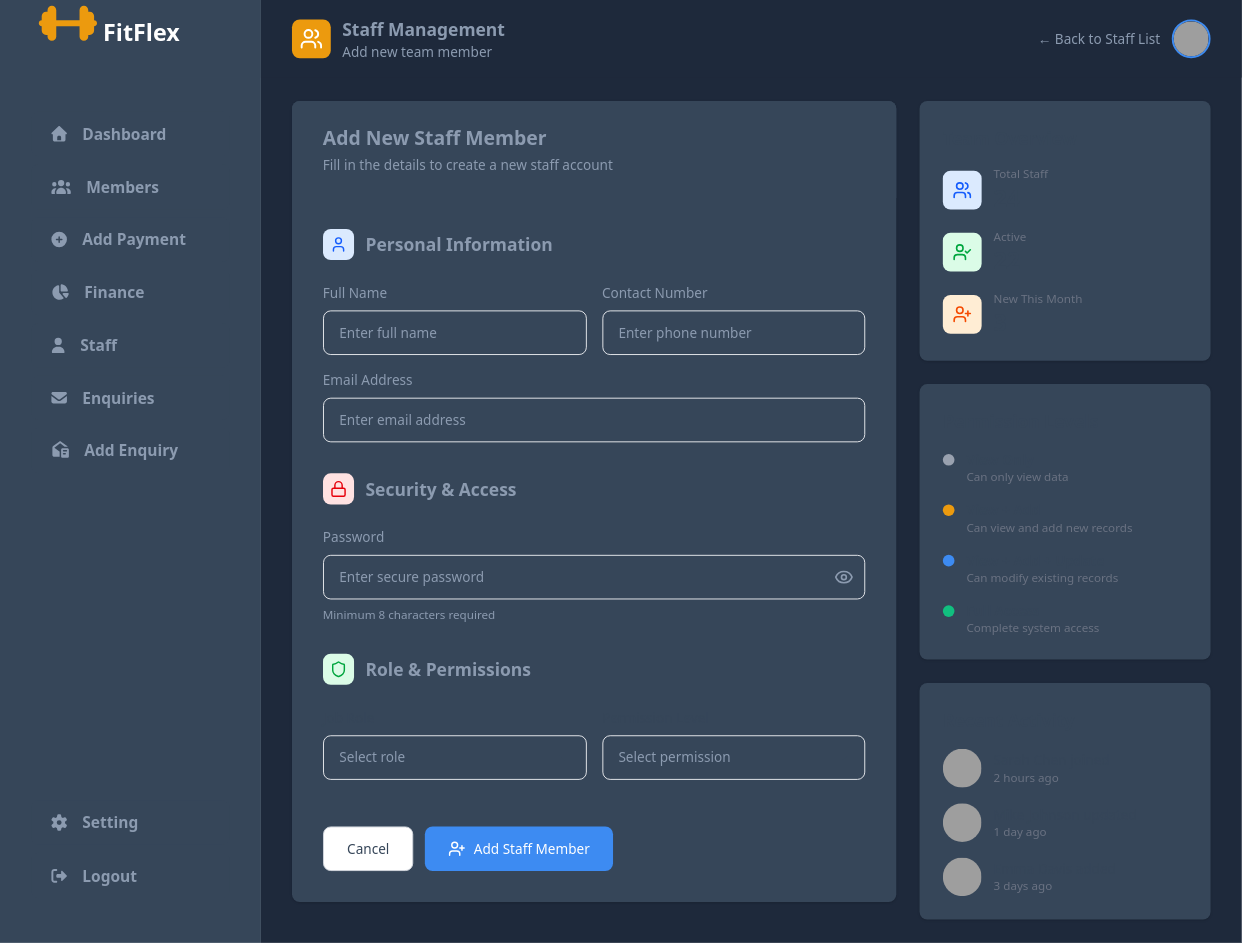
Repository: MuhammadTalhaTaj/gym_management_app_backend
Page: /addstaff (app in frontend/)
The author's editor kept a copy of each file at every save. The page is drawn from the files as they stood at one save, then again after the next save.
The browser window is 1280 px wide. The pictures show the whole page, at 97% of full size.
Pictures or frames that could not be fetched are drawn as grey boxes. The project was rebuilt for these pictures with package versions that can differ from the ones it lists, and the page was loaded fresh each time. Also part of the build but not shown: frontend/vite.config.ts, frontend/src/assets/styles/AdminHeader.css, frontend/src/Components/AdminHeader.tsx, frontend/src/assets/styles/AdminDashboard.css, frontend/src/hooks/useDashboardData.ts, frontend/src/assets/styles/AdminDashboardStats.css, frontend/src/Components/AdminDashboardStats.tsx, frontend/src/Components/IncomeExpenseChart.tsx and 31 more.

Above is the page before, as saved 2025-11-21 10:46:00.

### frontend/index.html
<!doctype html>
<html lang="en">

<head>
  <meta charset="UTF-8" />
  <link rel="icon" type="image/svg+xml" href="/vite.svg" />
  <meta name="viewport" content="width=device-width, initial-scale=1.0" />
  <title>GymManagement</title>
  <link rel="preconnect" href="https://fonts.googleapis.com" />
  <link rel="preconnect" href="https://fonts.gstatic.com" crossorigin />
  <link rel="stylesheet" href="https://fonts.googleapis.com/css2?family=Roboto:wght@300;400;500;700&display=swap" />

</head>

<body>
  <div id="root"></div>
  <script type="module" src="/src/main.tsx"></script>
</body>

</html>

### frontend/src/index.css
@import "tailwindcss";
:root{
  padding: 0;
  margin: 0;
  box-sizing: border-box;
  --primary-100:#364659;
  --primary-200:#1E293B;
  --primary-300:#8C9BB0;
  --secondary-100: #EC9A0E;
  --secondary-200:#595446;
  --tertiary-100: #F24949;
  --tertiary-100-30: #584252;
  --tertiary-200: #F47117;
  --tertiary-200-30: #5A4B48;
  --tertiary-300: #11BF7F;
  --tertiary-300-30: #2B595E;
  --tertiary-400: #3D8BF2;
  --tertiary-400-30: #344E75;
  --tertiary-500: #94A3B8;
  --tertiary-600: #1E293B;
}
body{
  padding: 0;
  margin: 0;
}
.adminMain{
  display: flex;
  margin: 0;
  justify-content: space-between;
  padding: 0;
  /* border: 2px solid blue; */
}
@media all and (max-width:700px) {
  .adminMain{
    flex-direction: column;
  }
}

### frontend/src/Components/ProtectedRoute.tsx
import React, { useEffect, useState } from "react";
// import { Navigate } from "react-router-dom";
import { apiRequest } from "../config/api";

type Props = {
  children: React.ReactNode;
};

const getStoredToken = (): string | null => {
  return localStorage.getItem("accessToken") || sessionStorage.getItem("accessToken");
};

export default function ProtectedRoute({ children }: Props) {
  const [status, setStatus] = useState<"pending" | "ok" | "unauth">("pending");

  useEffect(() => {
    let mounted = true;

    const token = getStoredToken();
    if (!token) {
      // no token -> immediately unauth
      if (mounted) setStatus("unauth");
      return;
    }

    const validate = async () => {
      try {
        // call backend authenticate endpoint
        const res = await apiRequest<{ success?: boolean; message?: string; userId?: string }>({
          method: "GET",
          endpoint: "/auth/authenticate"
        });

        // backend returns success:true on valid token
        if (mounted && res && (res as any).success === true) {
          setStatus("ok");
        } else {
          // treat missing success flag as unauth
          if (mounted) setStatus("unauth");
        }
      } catch (err) {
        // any error -> unauth
        if (mounted) setStatus("unauth");
      }
    };

    validate();

    return () => { mounted = false; };
  }, []);

  if (status === "pending") {
    // while checking, render nothing (keep UI/layout unchanged)
    return null;
  }

  if (status === "unauth") {
    // clear tokens to ensure clean state, then redirect
    try {
      localStorage.removeItem("accessToken");
      sessionStorage.removeItem("accessToken");
    } catch (e) {
      // ignore
    }
    // return <Navigate to="/login" replace />;
  }

  // auth ok
  return <>{children}</>;
}

### frontend/src/context/AuthContext.tsx
// src/context/AuthContext.tsx (example)
import React, { createContext, useEffect } from "react";
import { onAuthFailure,
  // setAccessToken as storeAccessToken,
   clearTokens } from "../config/auth";
import { useNavigate } from "react-router-dom";

export const AuthContext = createContext<any>(null);

export const AuthProvider: React.FC<{children:any}> = ({ children }) => {
  const navigate = useNavigate();

  useEffect(() => {
    onAuthFailure(() => {
      // clear local tokens and redirect to login
      clearTokens();
      navigate("/login");
    });
  }, [navigate]);

  return <AuthContext.Provider value={{}}>{children}</AuthContext.Provider>;
};

### frontend/src/pages/Admin/AddStaff.tsx
import React, { useState } from 'react';
import { Eye, EyeOff, Users, UserCheck, UserPlus, Shield, User, Lock } from 'lucide-react';

// Data file - export this to a separate file in your project (e.g., staffData.js)
export const staffData = {
  teamOverview: {
    totalStaff: 24,
    activeStaff: 22,
    newThisMonth: 3
  },
  permissionLevels: [
    {
      id: 'view-only',
      name: 'View Only',
      description: 'Can only view data',
      color: 'bg-gray-400'
    },
    {
      id: 'view-add',
      name: 'View + Add',
      description: 'Can view and add new records',
      color: 'bg-[var(--secondary-100)]'
    },
    {
      id: 'view-add-update',
      name: 'View + Add + Update',
      description: 'Can modify existing records',
      color: 'bg-[var(--tertiary-400)]'
    },
    {
      id: 'full-access',
      name: 'Full Access',
      description: 'Complete system access',
      color: 'bg-[var(--tertiary-300)]'
    }
  ],
  recentActivity: [
    {
      id: 1,
      name: 'Sarah Chen',
      action: 'joined',
      time: '2 hours ago',
      avatar: 'https://i.pravatar.cc/150?img=1'
    },
    {
      id: 2,
      name: 'Mike Johnson',
      action: 'updated',
      time: '1 day ago',
      avatar: 'https://i.pravatar.cc/150?img=2'
    },
    {
      id: 3,
      name: 'Emma Davis',
      action: 'added',
      time: '3 days ago',
      avatar: 'https://i.pravatar.cc/150?img=3'
    }
  ],
  jobRoles: [
    'Select role',
    'Administrator',
    'Manager',
    'Developer',
    'Designer',
    'Analyst',
    'Support Staff'
  ],
  permissions: [
    'Select permission',
    'View Only',
    'View + Add',
    'View + Add + Update',
    'Full Access'
  ]
};

// Reusable Components
const Card = ({ children, className = '' }) => (
  <div className={`bg-[var(--primary-100)] rounded-lg shadow-sm ${className}`}>
    {children}
  </div>
);

const Input = ({ label, placeholder, type = 'text', value, onChange, showPasswordToggle, onTogglePassword, showPassword, helperText }) => (
  <div className="flex flex-col gap-2 ">
    {label && (
      <label className="text-sm font-medium text-[var(--primary-300)]">
        {label}
      </label>
    )}
    <div className="relative">
      <input
        type={type}
        placeholder={placeholder}
        value={value}
        onChange={onChange}
        className="w-full px-4 py-3 bg-[var(--primary-100)] border border-gray-200 rounded-lg text-sm text-[var(--primary-300)] placeholder-[var(--primary-300)] focus:outline-none focus:ring-2 focus:ring-[var(--tertiary-400)] focus:border-transparent transition-all"
      />
      {showPasswordToggle && (
        <button
          type="button"
          onClick={onTogglePassword}
          className="absolute right-3 top-1/2 -translate-y-1/2 text-[var(--primary-300)] hover:text-[var(--primary-100)] transition-colors"
        >
          {showPassword ? <EyeOff size={20} /> : <Eye size={20} />}
        </button>
      )}
    </div>
    {helperText && (
      <span className="text-xs text-[var(--primary-300)]">{helperText}</span>
    )}
  </div>
);

const Select = ({ label, options, value, onChange }) => (
  <div className="flex flex-col gap-2">
    {label && (
      <label className="text-sm font-medium text-[var(--primary-100)]">
        {label}
      </label>
    )}
    <select
      value={value}
      onChange={onChange}
      className="w-full px-4 py-3 bg-[var(--primary-100)] border border-gray-200 rounded-lg text-sm text-[var(--primary-300)] focus:outline-none focus:ring-2 focus:ring-[var(--tertiary-400)] focus:border-transparent transition-all appearance-none cursor-pointer"
      style={{
        backgroundImage: `url("data:[embedded picture, 161 characters]")`,
        backgroundRepeat: 'no-repeat',
        backgroundPosition: 'right 1rem center'
      }}
    >
      {options.map((option, index) => (
        <option key={index} value={option}>
          {option}
        </option>
      ))}
    </select>
  </div>
);

const Button = ({ children, variant = 'primary', onClick, icon: Icon }) => {
  const variants = {
    primary: 'bg-[var(--tertiary-400)] hover:bg-[var(--tertiary-400)]/90 text-white',
    secondary: 'bg-white hover:bg-gray-50 text-[var(--primary-100)] border border-gray-300'
  };

  return (
    <button
      onClick={onClick}
      className={`px-6 py-3 rounded-lg font-medium text-sm transition-all flex items-center justify-center gap-2 ${variants[variant]}`}
    >
      {Icon && <Icon size={18} />}
      {children}
    </button>
  );
};

const StatsCard = ({ icon: Icon, label, value, iconBg, iconColor }) => (
  <div className="flex items-center gap-3">
    <div className={`w-10 h-10 rounded-lg ${iconBg} flex items-center justify-center`}>
      <Icon size={20} className={iconColor} />
    </div>
    <div>
      <p className="text-xs text-gray-500">{label}</p>
      <p className="text-2xl font-bold text-[var(--primary-100)]">{value}</p>
    </div>
  </div>
);

const ActivityItem = ({ activity }) => (
  <div className="flex items-center gap-3">
    <img
      src={activity.avatar}
      alt={activity.name}
      className="w-10 h-10 rounded-full object-cover"
    />
    <div className="flex-1">
      <p className="text-sm font-medium text-[var(--primary-100)]">
        {activity.name} {activity.action}
      </p>
      <p className="text-xs text-gray-500">{activity.time}</p>
    </div>
  </div>
);

const PermissionItem = ({ permission }) => (
  <div className="flex items-start gap-3">
    <div className={`w-3 h-3 rounded-full ${permission.color} mt-1`}></div>
    <div className="flex-1">
      <p className="text-sm font-semibold text-[var(--primary-100)]">{permission.name}</p>
      <p className="text-xs text-gray-500">{permission.description}</p>
    </div>
  </div>
);

const SectionHeader = ({ icon: Icon, title, iconBg, iconColor }) => (
  <div className="flex items-center gap-3 mb-6">
    <div className={`w-8 h-8 rounded-lg ${iconBg} flex items-center justify-center`}>
      <Icon size={18} className={iconColor} />
    </div>
    <h3 className="text-lg font-semibold text-[var(--primary-300)]">{title}</h3>
  </div>
);

// Main Component
const AddStaff = () => {
  const [formData, setFormData] = useState({
    fullName: '',
    contactNumber: '',
    email: '',
    password: '',
    jobRole: staffData.jobRoles[0],
    permission: staffData.permissions[0]
  });

  const [showPassword, setShowPassword] = useState(false);

  const handleInputChange = (field) => (e) => {
    setFormData(prev => ({ ...prev, [field]: e.target.value }));
  };

  const handleSubmit = () => {
    console.log('Form submitted:', formData);
    // Add your form submission logic here
  };

  const handleCancel = () => {
    setFormData({
      fullName: '',
      contactNumber: '',
      email: '',
      password: '',
      jobRole: staffData.jobRoles[0],
      permission: staffData.permissions[0]
    });
  };

  return (
    <div className="min-h-screen w-full bg-[var(--primary-200)]">
      {/* Header */}
      <header className="bg-[var(--primary-200)] text-white px-4 sm:px-6 lg:px-8 py-4">
        <div className="max-w-7xl mx-auto flex items-center justify-between">
          <div className="flex items-center gap-3">
            <div className="w-10 h-10 bg-[var(--secondary-100)] rounded-lg flex items-center justify-center">
              <Users size={24} />
            </div>
            <div>
              <h1 className="text-lg font-semibold text-[var(--primary-300)]">Staff Management</h1>
              <p className="text-sm text-[var(--primary-300)]">Add new team member</p>
            </div>
          </div>
          <div className="flex items-center gap-3">
            <button className="flex items-center text-[var(--primary-300)] gap-2 text-sm hover:text-gray-300 transition-colors">
              <span className="hidden sm:inline">← Back to Staff List</span>
              <span className="sm:hidden">← Back</span>
            </button>
            <img
              src="https://i.pravatar.cc/150?img=5"
              alt="User"
              className="w-10 h-10 rounded-full object-cover border-2 border-[var(--tertiary-400)]"
            />
          </div>
        </div>
      </header>

      {/* Main Content */}
      <main className="max-w-7xl mx-auto px-4 sm:px-6 lg:px-8 py-6">
        <div className="grid grid-cols-1 lg:grid-cols-3 gap-6">
          {/* Left Column - Form */}
          <div className="lg:col-span-2">
            <Card className="p-6 sm:p-8">
              {/* Form Header */}
              <div className="bg-[var(--primary-100)] text-[var(--primary-300)] -mx-6 sm:-mx-8 -mt-6 sm:-mt-8 px-6 sm:px-8 py-6 rounded-t-lg mb-8">
                <h2 className="text-xl font-bold mb-1">Add New Staff Member</h2>
                <p className="text-sm text-[var(--primary-300)]">Fill in the details to create a new staff account</p>
              </div>

              <div className="space-y-8">
                {/* Personal Information */}
                <div>
                  <SectionHeader
                    icon={User}
                    title="Personal Information"
                    iconBg="bg-blue-100"
                    iconColor="text-blue-600"
                  />
                  <div className="grid grid-cols-1 md:grid-cols-2 gap-4">
                    <Input
                      label="Full Name"
                      placeholder="Enter full name"
                      value={formData.fullName}
                      onChange={handleInputChange('fullName')}
                    />
                    <Input
                      label="Contact Number"
                      placeholder="Enter phone number"
                      type="tel"
                      value={formData.contactNumber}
                      onChange={handleInputChange('contactNumber')}
                    />
                  </div>
                  <div className="mt-4">
                    <Input
                      label="Email Address"
                      placeholder="Enter email address"
                      type="email"
                      value={formData.email}
                      onChange={handleInputChange('email')}
                    />
                  </div>
                </div>

                {/* Security & Access */}
                <div>
                  <SectionHeader
                    icon={Lock}
                    title="Security & Access"
                    iconBg="bg-red-100"
                    iconColor="text-red-600"
                  />
                  <Input
                    label="Password"
                    placeholder="Enter secure password"
                    type={showPassword ? 'text' : 'password'}
                    value={formData.password}
                    onChange={handleInputChange('password')}
                    showPasswordToggle
                    onTogglePassword={() => setShowPassword(!showPassword)}
                    showPassword={showPassword}
                    helperText="Minimum 8 characters required"
                  />
                </div>

                {/* Role & Permissions */}
                <div>
                  <SectionHeader
                    icon={Shield}
                    title="Role & Permissions"
                    iconBg="bg-green-100"
                    iconColor="text-green-600"
                  />
                  <div className="grid grid-cols-1 md:grid-cols-2 gap-4">
                    <Select
                      label="Job Role"
                      options={staffData.jobRoles}
                      value={formData.jobRole}
                      onChange={handleInputChange('jobRole')}
                    />
                    <Select
                      label="Permission Level"
                      options={staffData.permissions}
                      value={formData.permission}
                      onChange={handleInputChange('permission')}
                    />
                  </div>
                </div>

                {/* Action Buttons */}
                <div className="flex flex-col sm:flex-row gap-3 pt-4">
                  <Button variant="secondary" onClick={handleCancel}>
                    Cancel
                  </Button>
                  <Button variant="primary" onClick={handleSubmit} icon={UserPlus}>
                    Add Staff Member
                  </Button>
                </div>
              </div>
            </Card>
          </div>

          {/* Right Column - Sidebar */}
          <div className="space-y-6">
            {/* Team Overview */}
            <Card className="p-6">
              <h3 className="text-lg font-semibold text-[var(--primary-100)] mb-4">Team Overview</h3>
              <div className="space-y-4">
                <StatsCard
                  icon={Users}
                  label="Total Staff"
                  value={staffData.teamOverview.totalStaff}
                  iconBg="bg-blue-100"
                  iconColor="text-blue-600"
                />
                <StatsCard
                  icon={UserCheck}
                  label="Active"
                  value={staffData.teamOverview.activeStaff}
                  iconBg="bg-green-100"
                  iconColor="text-green-600"
                />
                <StatsCard
                  icon={UserPlus}
                  label="New This Month"
                  value={staffData.teamOverview.newThisMonth}
                  iconBg="bg-orange-100"
                  iconColor="text-orange-600"
                />
              </div>
            </Card>

            {/* Permission Levels */}
            <Card className="p-6">
              <h3 className="text-lg font-semibold text-[var(--primary-100)] mb-4">Permission Levels</h3>
              <div className="space-y-4">
                {staffData.permissionLevels.map(permission => (
                  <PermissionItem key={permission.id} permission={permission} />
                ))}
              </div>
            </Card>

            {/* Recent Activity */}
            <Card className="p-6">
              <h3 className="text-lg font-semibold text-[var(--primary-100)] mb-4">Recent Activity</h3>
              <div className="space-y-4">
                {staffData.recentActivity.map(activity => (
                  <ActivityItem key={activity.id} activity={activity} />
                ))}
              </div>
            </Card>
          </div>
        </div>
      </main>
    </div>
  );
};

export default AddStaff;

### frontend/src/config/auth.ts
// src/config/auth.ts
const ACCESS_TOKEN_KEY = "accessToken";

/**
 * Read access token (prefers localStorage, fallbacks to sessionStorage)
 */
export function readAccessToken(): string | null {
  return localStorage.getItem(ACCESS_TOKEN_KEY) || sessionStorage.getItem(ACCESS_TOKEN_KEY);
}

/**
 * Store access token.
 * If `persist` true -> save to localStorage, otherwise sessionStorage.
 */
export function setAccessToken(token: string | null, persist = true) {
  if (!token) {
    localStorage.removeItem(ACCESS_TOKEN_KEY);
    sessionStorage.removeItem(ACCESS_TOKEN_KEY);
    return;
  }
  if (persist) {
    localStorage.setItem(ACCESS_TOKEN_KEY, token);
    sessionStorage.removeItem(ACCESS_TOKEN_KEY);
  } else {
    sessionStorage.setItem(ACCESS_TOKEN_KEY, token);
    localStorage.removeItem(ACCESS_TOKEN_KEY);
  }
}

/**
 * Clear tokens
 */
export function clearTokens() {
  localStorage.removeItem(ACCESS_TOKEN_KEY);
  sessionStorage.removeItem(ACCESS_TOKEN_KEY);
}

/**
 * Call refresh endpoint to obtain a fresh access token.
 * Note: This request includes credentials because your backend may store refresh token in an httpOnly cookie.
 */
let AUTH_BASE_URL = (import.meta.env.VITE_API_URL || "http://localhost:4000").replace(/\/$/, "");

export async function refreshAccessToken(): Promise<string> {
  const url = `${AUTH_BASE_URL}/auth/refreshToken`;

  const res = await fetch(url, {
    method: "POST",
    // include cookies to allow the server to find httpOnly refresh cookie
    credentials: "include",
    headers: {
      "Content-Type": "application/json"
    },
    // no body needed because your server reads cookie/header
  });

  // If server returns non-JSON or non-ok, try to parse but handle gracefully
  let data: any = {};
  try {
    data = await res.json();
  } catch (e) {
    // ignore parse error
  }

  if (!res.ok) {
    // throw useful error with body message if present
    const message = data?.message || `Failed to refresh access token (status ${res.status})`;
    throw new Error(message);
  }

  if (!data?.accessToken) {
    throw new Error("Refresh succeeded but no accessToken returned");
  }

  // store returned token (persist behavior up to you; default persist)
  setAccessToken(data.accessToken, true);
  return data.accessToken;
}

/**
 * App-level callback when refresh fails (e.g., redirect to /login)
 */
let authFailureHandler: (() => void) | null = null;
export function onAuthFailure(handler: () => void) {
  authFailureHandler = handler;
}
export function callAuthFailureHandler() {
  if (typeof authFailureHandler === "function") authFailureHandler();
}

Loaded but not shown: frontend/src/main.tsx (common file); frontend/src/Components/AdminSidebar.tsx (181 lines, source omitted); frontend/src/config/api.ts (123 lines, source omitted); frontend/src/App.tsx (71 lines, source omitted); frontend/src/assets/styles/AdminSidebar.css (138 lines, source omitted)

After the next save:
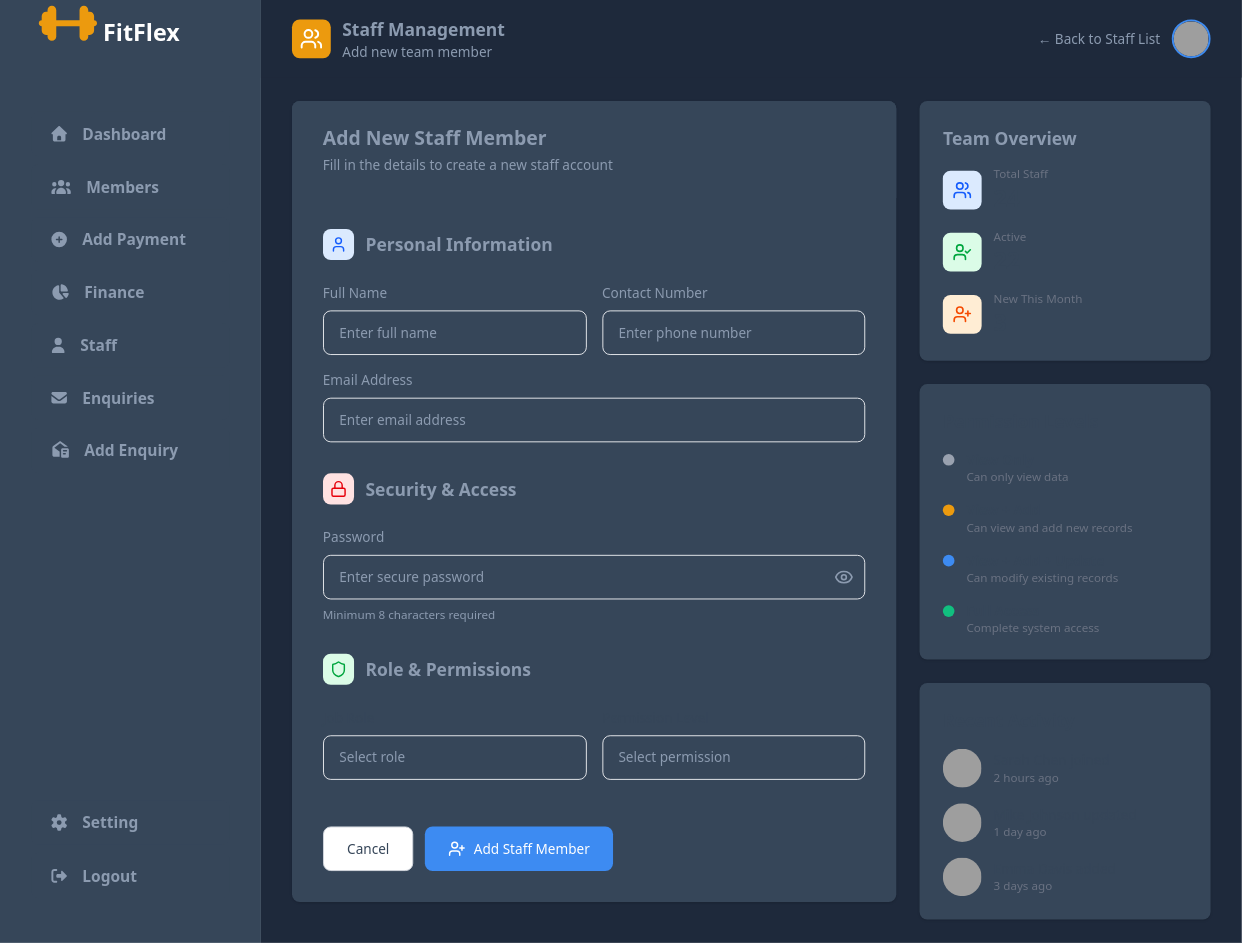
Saved 23 s later.
--- a/frontend/src/pages/Admin/AddStaff.tsx
+++ b/frontend/src/pages/Admin/AddStaff.tsx
@@ -373,7 +373,7 @@ const AddStaff = () => {
           <div className="space-y-6">
             {/* Team Overview */}
             <Card className="p-6">
-              <h3 className="text-lg font-semibold text-[var(--primary-100)] mb-4">Team Overview</h3>
+              <h3 className="text-lg font-semibold text-[var(--primary-300)] mb-4">Team Overview</h3>
               <div className="space-y-4">
                 <StatsCard
                   icon={Users}
